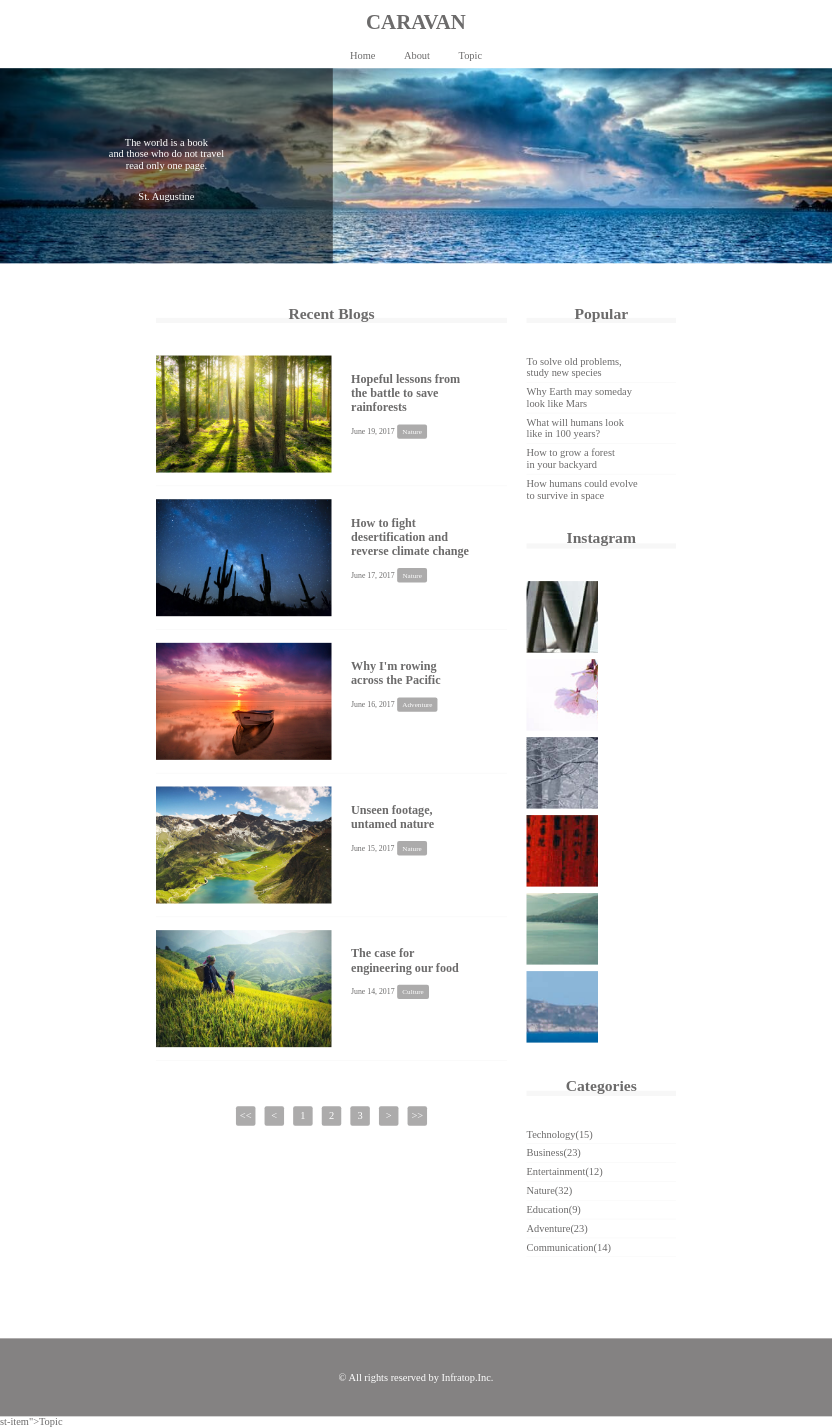
Repository: ayakodesu/html-practice
Page: caravan/index.html
The author's editor kept a record of every edit. The page is drawn from the files as they stood at one moment, then again after the next edit.
The browser window is 1280 px wide. The pictures show the whole page, at 65% of full size.

Above is the page before.

After the next edit:
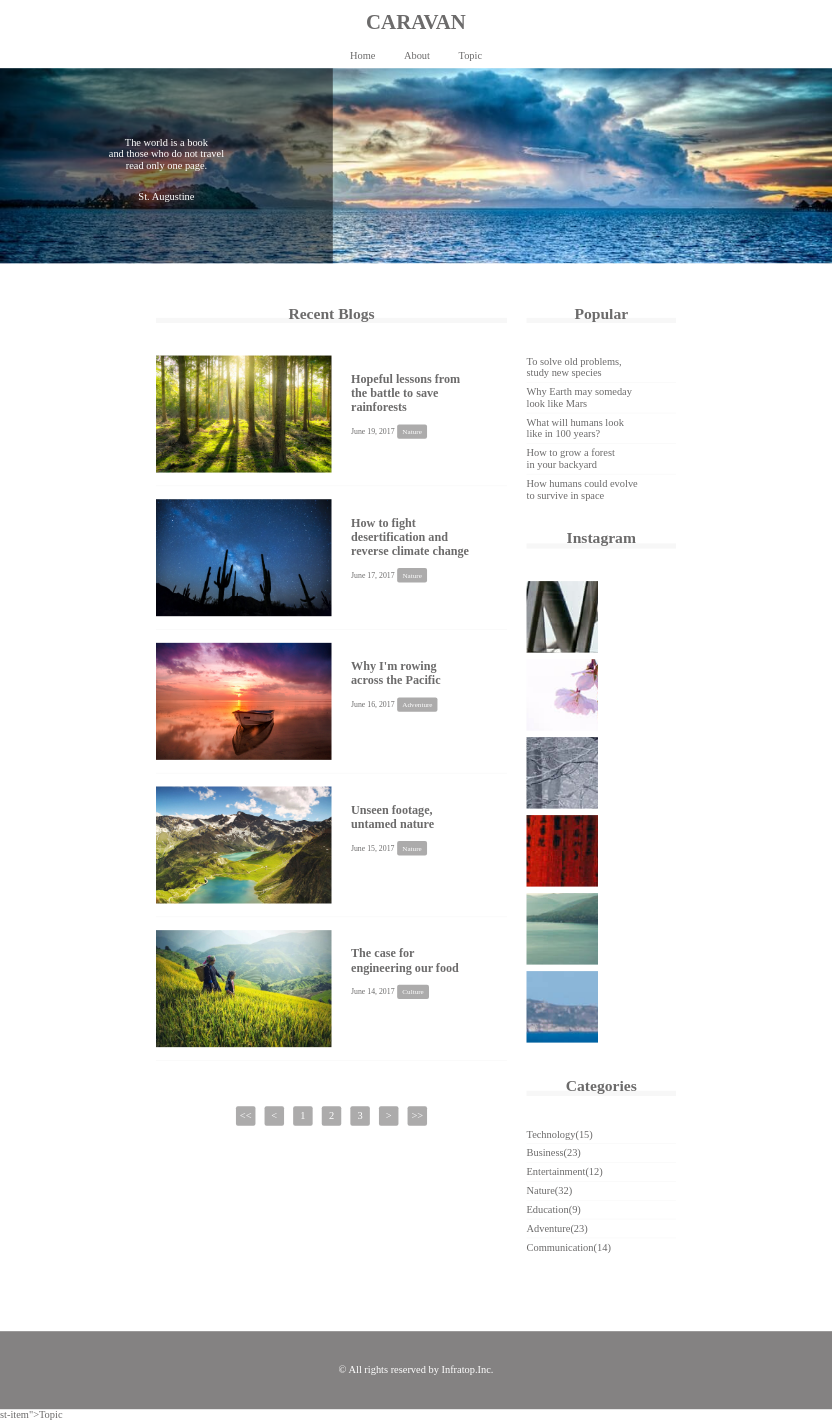
The edit:
--- a/caravan/style.css
+++ b/caravan/style.css
@@ -158,7 +158,7 @@
 }
 
 .popular-text:last-child,
-.categorise-text:last-child {
+.categories-text:last-child {
   margin: 0;
   padding: 0;
   border: none;
